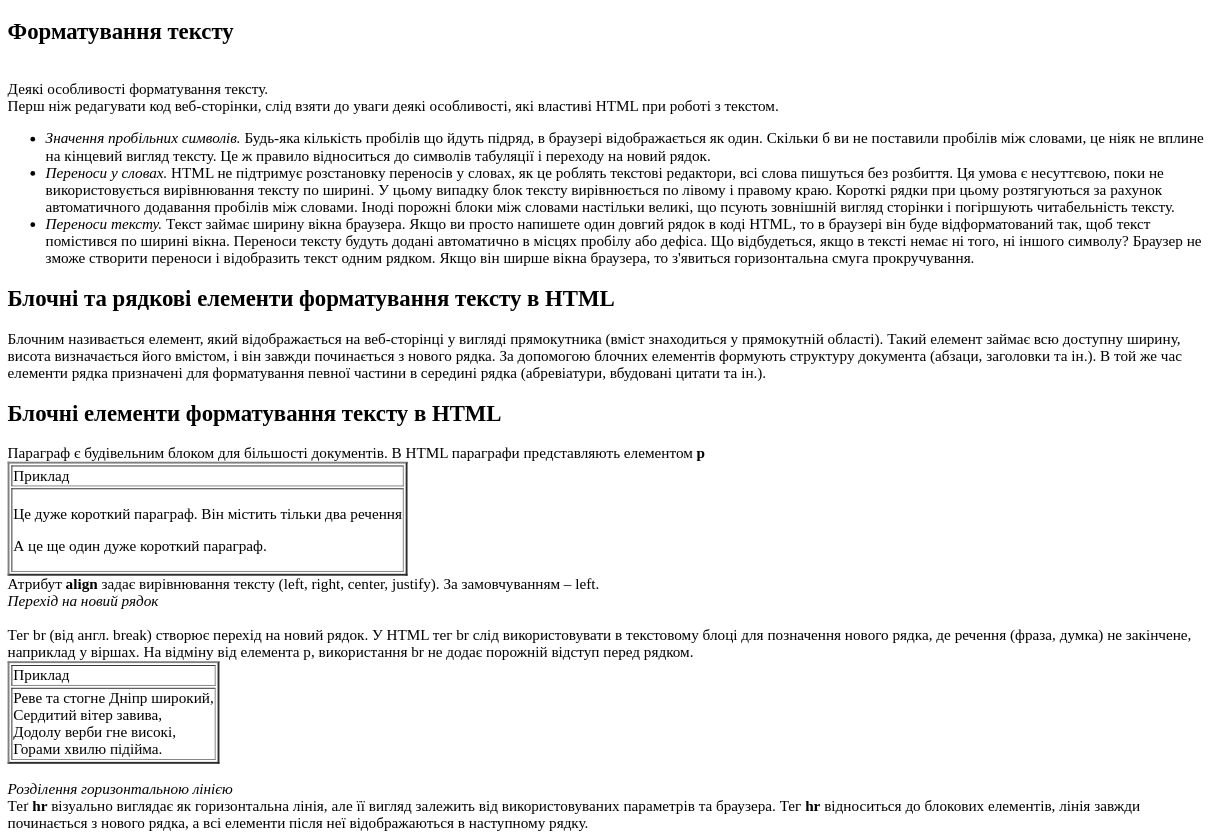
Repository: KseniaMakara/Web
Page: Web/directory.html
The author's editor kept a copy of each file at every save. The page is drawn from the files as they stood at one save, then again after the next save.
The browser window is 1280 px wide. The pictures show the whole page, at 95% of full size.

Above is the page before, as saved 2021-02-15 16:48:48.

After the next save:
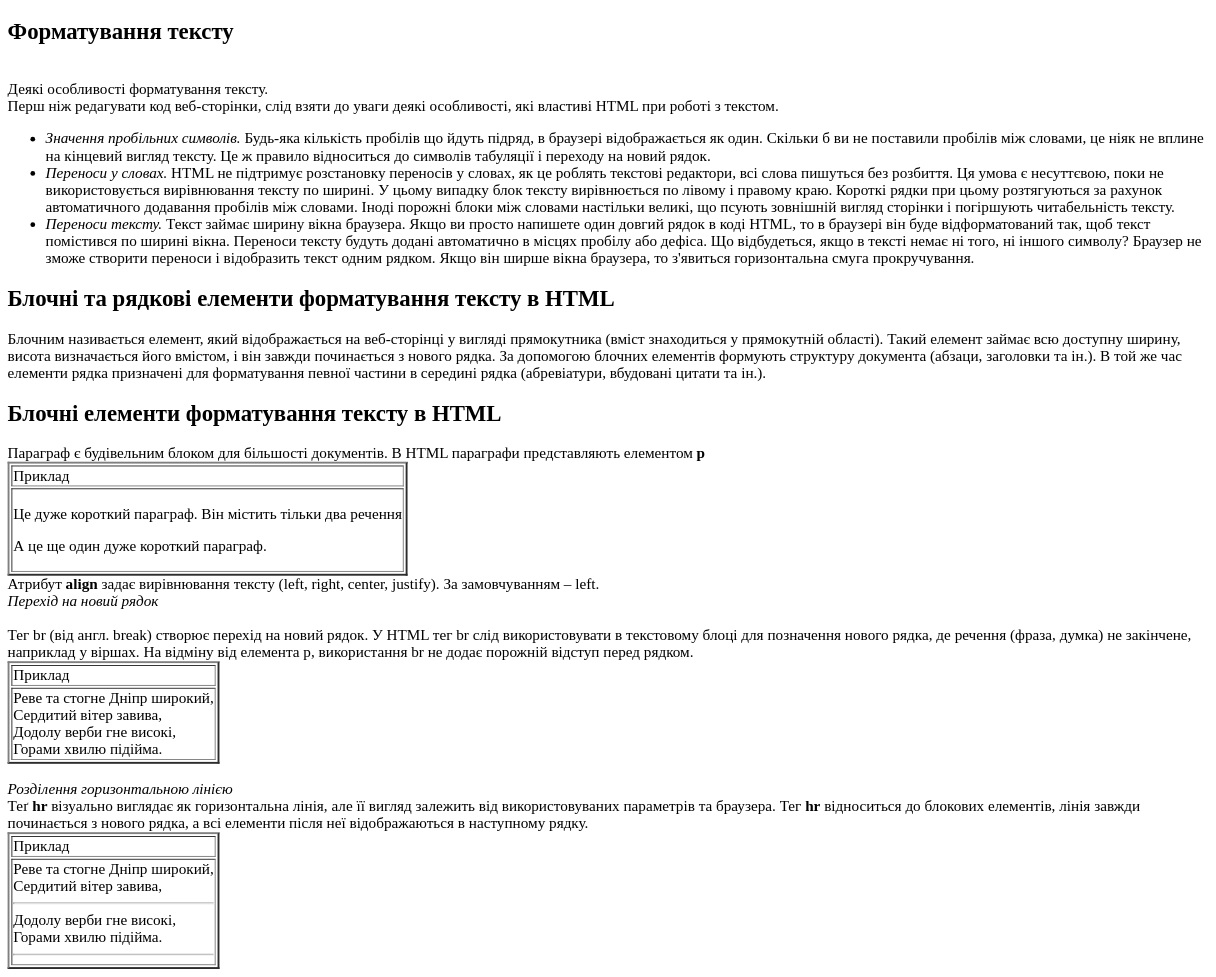
Saved 43 s later.
--- a/Web/directory.html
+++ b/Web/directory.html
@@ -81,7 +81,18 @@ br слід використовувати в текстовому блоці д
 від використовуваних параметрів та браузера. Тег <strong>hr</strong> відноситься до блокових
 елементів, лінія завжди починається з нового рядка, а всі елементи після неї
 відображаються в наступному рядку.
+<table border = "2px">
+    <tr>
+        <td> Приклад </td>
 
+    </tr>
+    <tr>
+        <td> Реве та стогне Дніпр широкий, <br>
+            Сердитий вітер завива,<br> <hr>
+            Додолу верби гне високі,<br>
+            Горами хвилю підійма.<br> <hr></td>
+    </tr>
+</table>
 
 
 
